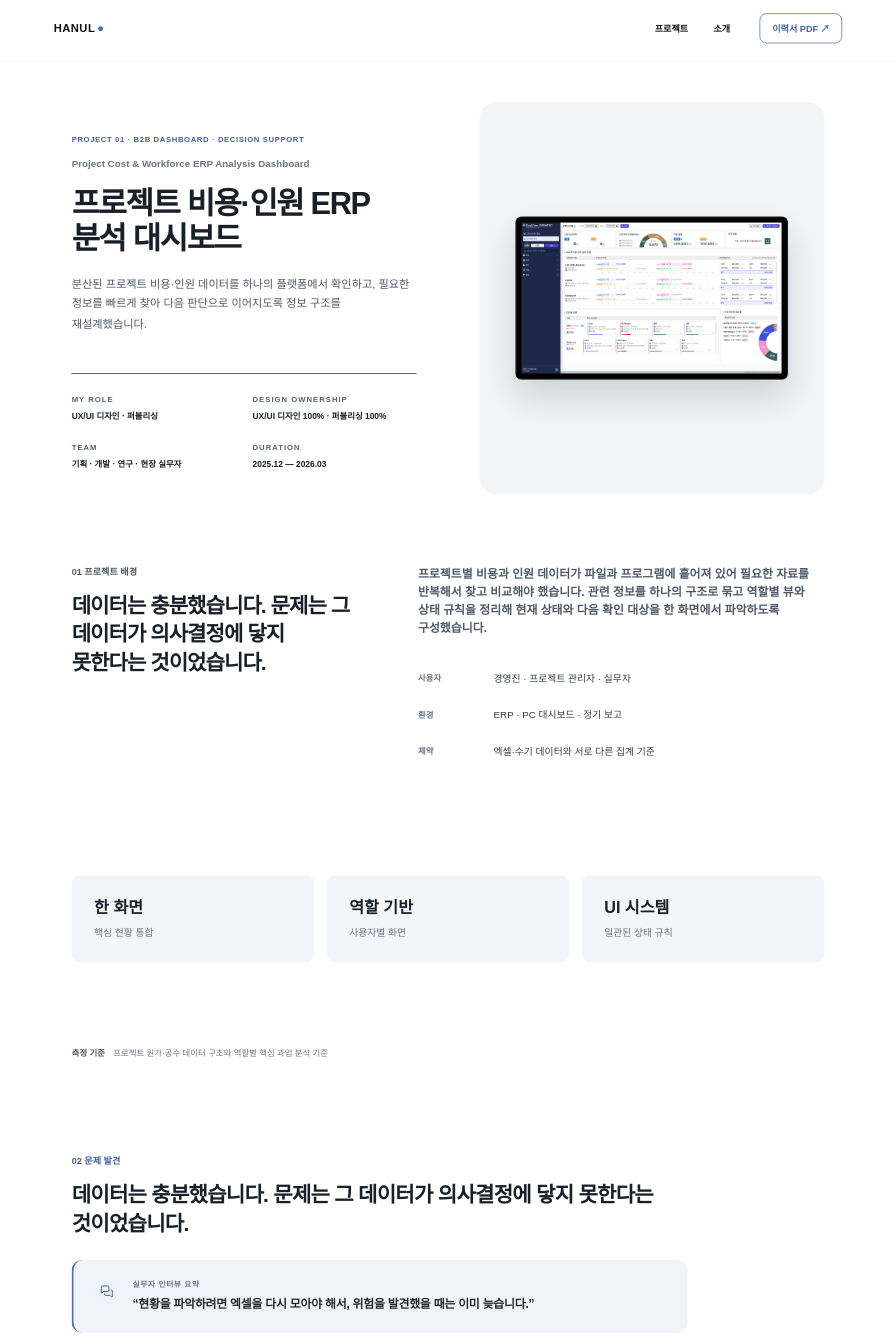
Repository: hanul-Lee/web
Page: project-dashboard.html
These files come from the project's save history. The page is drawn as it stood at one moment and after the next save; the edit follows.
The browser window is 1280 px wide. The pictures show the part of the page from y = 0 to 1920 px (the page is 5479 px tall before and 1456 px after), at 70% of full size.
Some web fonts or font styles are not loaded; a fallback is used. The style sheet was rebuilt from its Sass, Less or Tailwind sources for each picture, by a compiler version that may differ from the author's.

Above is the page before, as saved 2026-10-11 13:54:42.

After the next save:
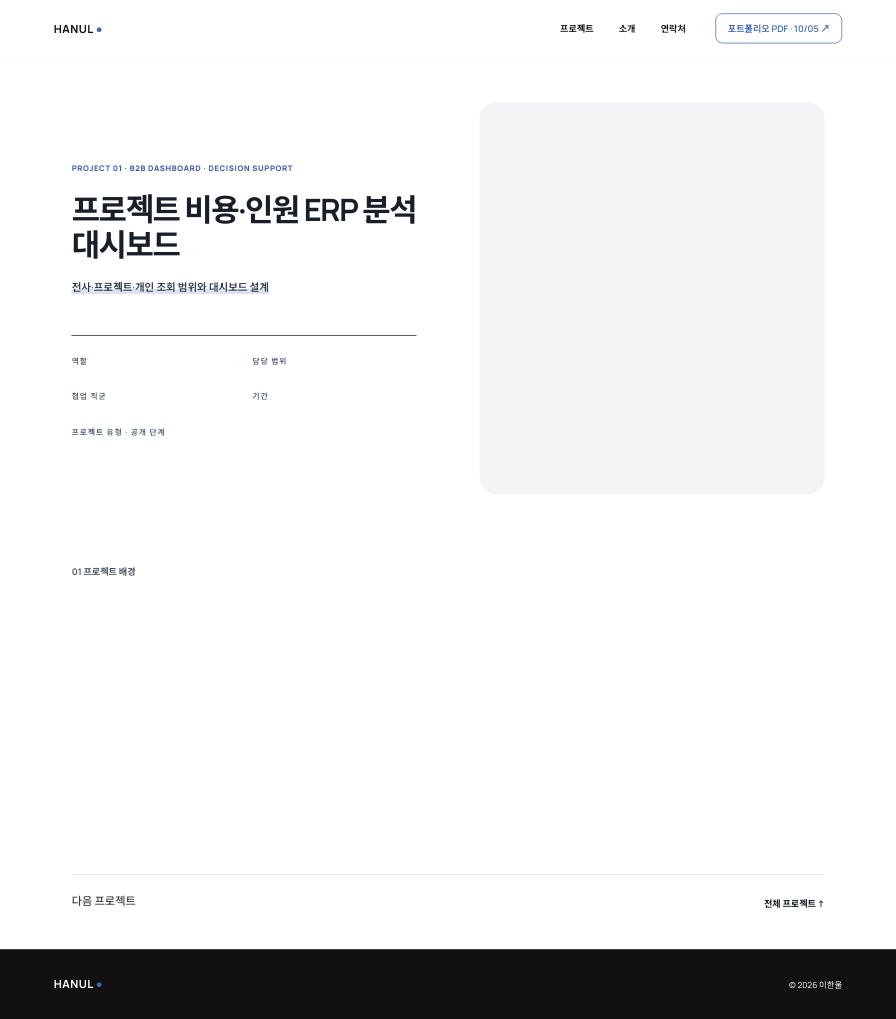
Console error: TypeError: Cannot set properties of null (setting 'textContent')
Saved 7 s later.
--- a/project-dashboard.html
+++ b/project-dashboard.html
@@ -3,39 +3,50 @@
   <head>
     <meta charset="UTF-8">
     <meta name="viewport" content="width=device-width,initial-scale=1">
-    <meta name="description" content="실시간 운영 의사결정 대시보드 UX/UI 사례">
-    <title>운영 의사결정 대시보드 — 이한울</title>
-    <link rel="stylesheet" href="case.css">
+    <meta name="description" content="전사·프로젝트·개인 조회 범위와 대시보드 설계">
+    <title>조회 목적에 맞춘 비용·인원 ERP 대시보드 | 이한울 · Product Designer</title>
+    <meta name="color-scheme" content="light">
+    <link rel="stylesheet" href="assets/fonts/fonts.css?v=20260930">
+    <link rel="stylesheet" href="case.css?v=20261011-pdf-sync">
+    <meta property="og:title" content="조회 목적에 맞춘 비용·인원 ERP 대시보드 | 이한울 · Product Designer">
+    <meta property="og:description" content="전사·프로젝트·개인 조회 범위와 대시보드 설계">
+    <meta property="og:type" content="article">
+    <meta property="og:locale" content="ko_KR">
+    <link rel="icon" href="assets/favicon.svg" type="image/svg+xml">
   </head>
   <body data-project="dashboard">
+    <a class="skip-link" href="#main">본문으로 건너뛰기</a>
     <header class="nav case-nav">
       <a class="logo" href="index.html">HANUL<span>●</span></a>
-      <nav>
+      <nav id="primary-nav" aria-label="주요 메뉴">
         <a href="index.html#work">프로젝트</a>
         <a href="index.html#about">소개</a>
-      </nav>
-      <a class="nav-cta" href="assets/portfolio.pdf">이력서 PDF ↗</a>
+        <a href="index.html#contact">연락처</a>
+      <a class="mobile-pdf" href="assets/portfolio.pdf" target="_blank" rel="noopener noreferrer">포트폴리오 PDF  ↗</a></nav>
+      <a class="nav-cta" href="assets/portfolio.pdf" target="_blank" rel="noopener noreferrer">포트폴리오 PDF · 10/05 ↗</a>
+    <button class="menu" aria-label="메뉴 열기" aria-expanded="false" aria-controls="primary-nav"><i></i><i></i></button>
     </header>
-    <main class="case-main">
+    <main class="case-main" id="main" tabindex="-1">
       <section class="case-hero" id="overview">
         <div>
           <p class="case-eyebrow"></p>
-          <p class="case-domain"></p>
-          <h1 class="case-title"></h1>
+          <h1 class="case-title">조회 목적에 맞춘 비용·인원 ERP 대시보드</h1>
           <p class="case-lead"></p>
+          <p class="case-result"><span>전사·프로젝트·개인 조회 범위와 대시보드 설계</span></p>
           <div class="case-meta" aria-label="프로젝트 참여 정보">
             <div>
-              <span>MY ROLE</span><b class="role"></b>
+              <span>역할</span><b class="role"></b>
             </div>
             <div>
-              <span>DESIGN OWNERSHIP</span><b class="contribution"></b>
+              <span>담당 범위</span><b class="contribution"></b>
             </div>
             <div>
-              <span>TEAM</span><b class="team"></b>
+              <span>협업 직군</span><b class="team"></b>
             </div>
             <div>
-              <span>DURATION</span><b class="period"></b>
+              <span>기간</span><b class="period"></b>
             </div>
+            <div class="stage-meta"><span>프로젝트 유형 · 공개 단계</span><b class="stage"></b></div>
           </div>
         </div>
         <div class="case-cover" aria-label="프로젝트 핵심 화면 미리보기">
@@ -68,6 +79,7 @@
       <a class="logo" href="index.html">HANUL<span>●</span></a>
       <p>© 2026 이한울</p>
     </footer>
-    <script src="case.js"></script>
+    <script src="case.js?v=20261011-final"></script>
+  <script src="script.js?v=20261001-header-overlay"></script>
   </body>
 </html>
